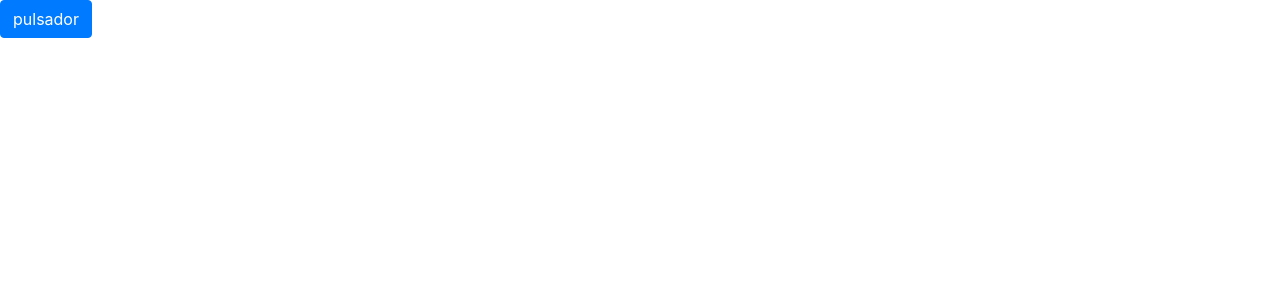
Repository: Enrique-git-hub/curso-java
Page: Workspace/BoostrapTest/src/main/webapp/index.html
An editor plug-in stored every save of this project. The page is shown before and after the next save, followed by the edit.
The browser window is 1280 px wide. The pictures show the whole page.

Above is the page before, as saved 2025-03-18 08:25:41.

### Workspace/BoostrapTest/src/main/webapp/index.html
<!DOCTYPE html>
<html>
<head>
<meta charset="UTF-8">
<!-- Latest compiled and minified CSS -->
<link rel="stylesheet" href="https://cdn.jsdelivr.net/npm/bootstrap@4.6.2/dist/css/bootstrap.min.css">

<!-- jQuery library -->
<script src="https://cdn.jsdelivr.net/npm/jquery@3.7.1/dist/jquery.slim.min.js"></script>

<!-- Popper JS -->
<script src="https://cdn.jsdelivr.net/npm/popper.js@1.16.1/dist/umd/popper.min.js"></script>

<!-- Latest compiled JavaScript -->
<script src="https://cdn.jsdelivr.net/npm/bootstrap@4.6.2/dist/js/bootstrap.bundle.min.js"></script>
<title>BooTstrap</title>
<style type="text/css">
	.borde{
		border: 1px solid #000
	}
</style>
</head>
<body>

	<button class="btn btn-primary">pulsador</button>

</body>
</html>

After the next save:
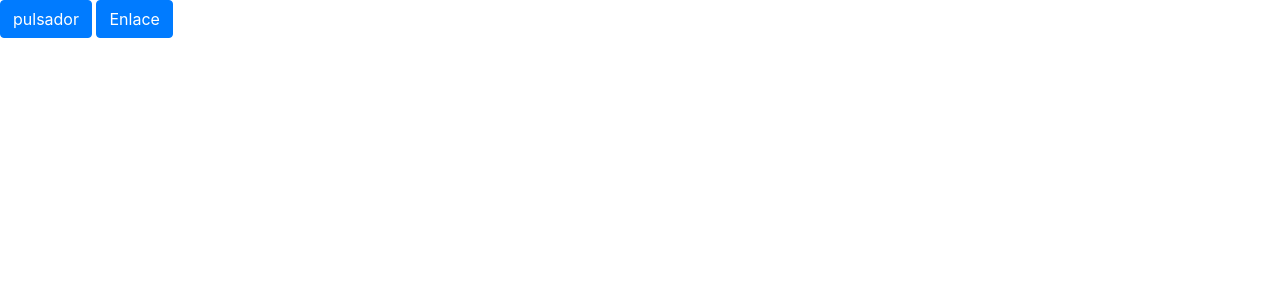
Saved 3 min 7 s later.
--- a/Workspace/BoostrapTest/src/main/webapp/index.html
+++ b/Workspace/BoostrapTest/src/main/webapp/index.html
@@ -22,7 +22,7 @@
 </head>
 <body>
 
-	<button class="btn btn-primary">pulsador</button>
-
+	<input type="button" value="pulsador" class="btn btn-primary">
+	<a href="#" class="btn btn-primary">Enlace</a>
 </body>
 </html>
